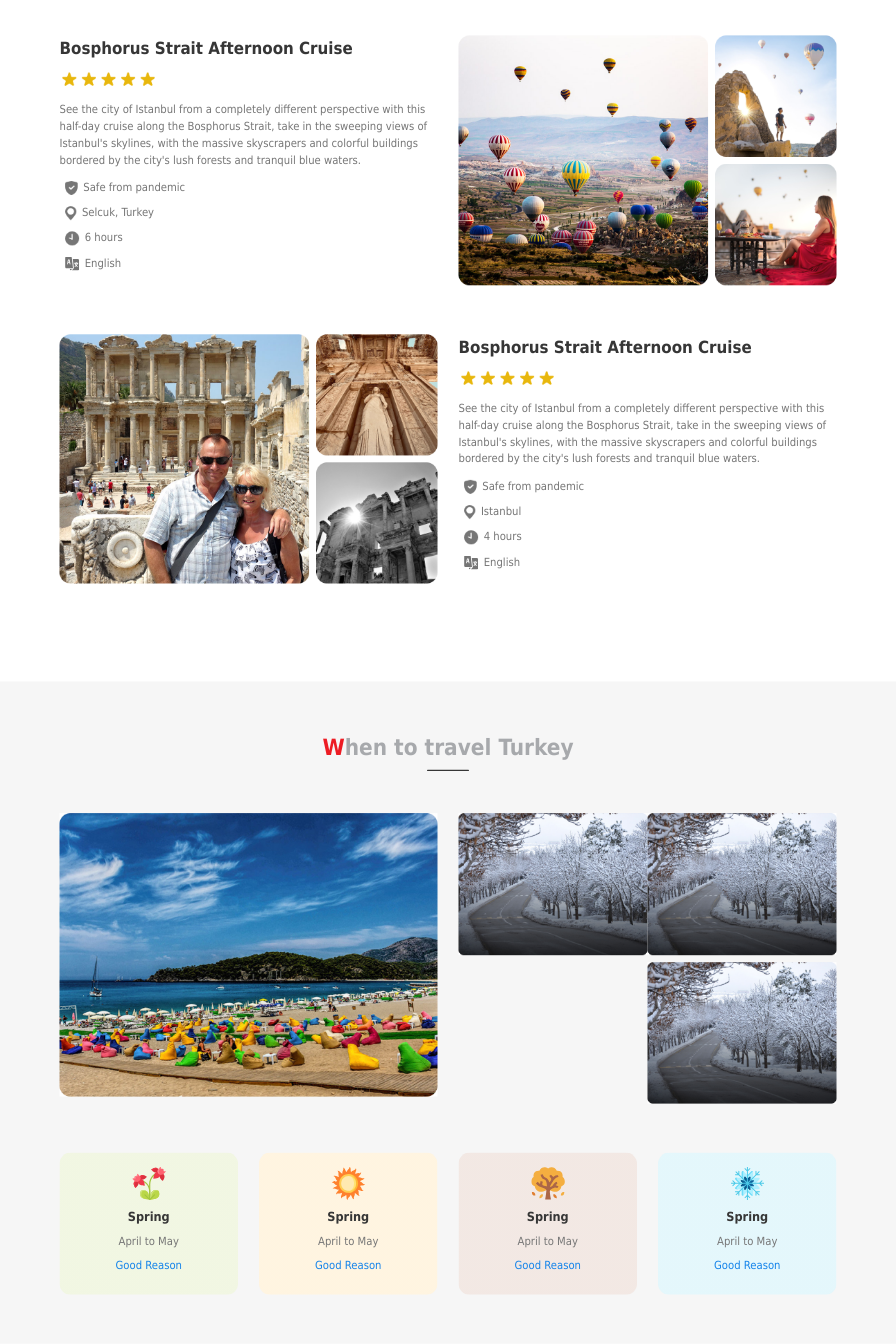
Repository: cvminhquan/turkey
Page: index.html
An editor plug-in stored every save of this project. The page is shown before and after the next save, followed by the edit.
The browser window is 1280 px wide. The pictures show the part of the page from y = 1891 to 3811 px (the page is 3811 px tall), at 70% of full size.
The style sheet was rebuilt from its Sass, Less or Tailwind sources for each picture, by a compiler version that may differ from the author's.

Above is the page before, as saved 2022-09-15 20:22:55.

After the next save:
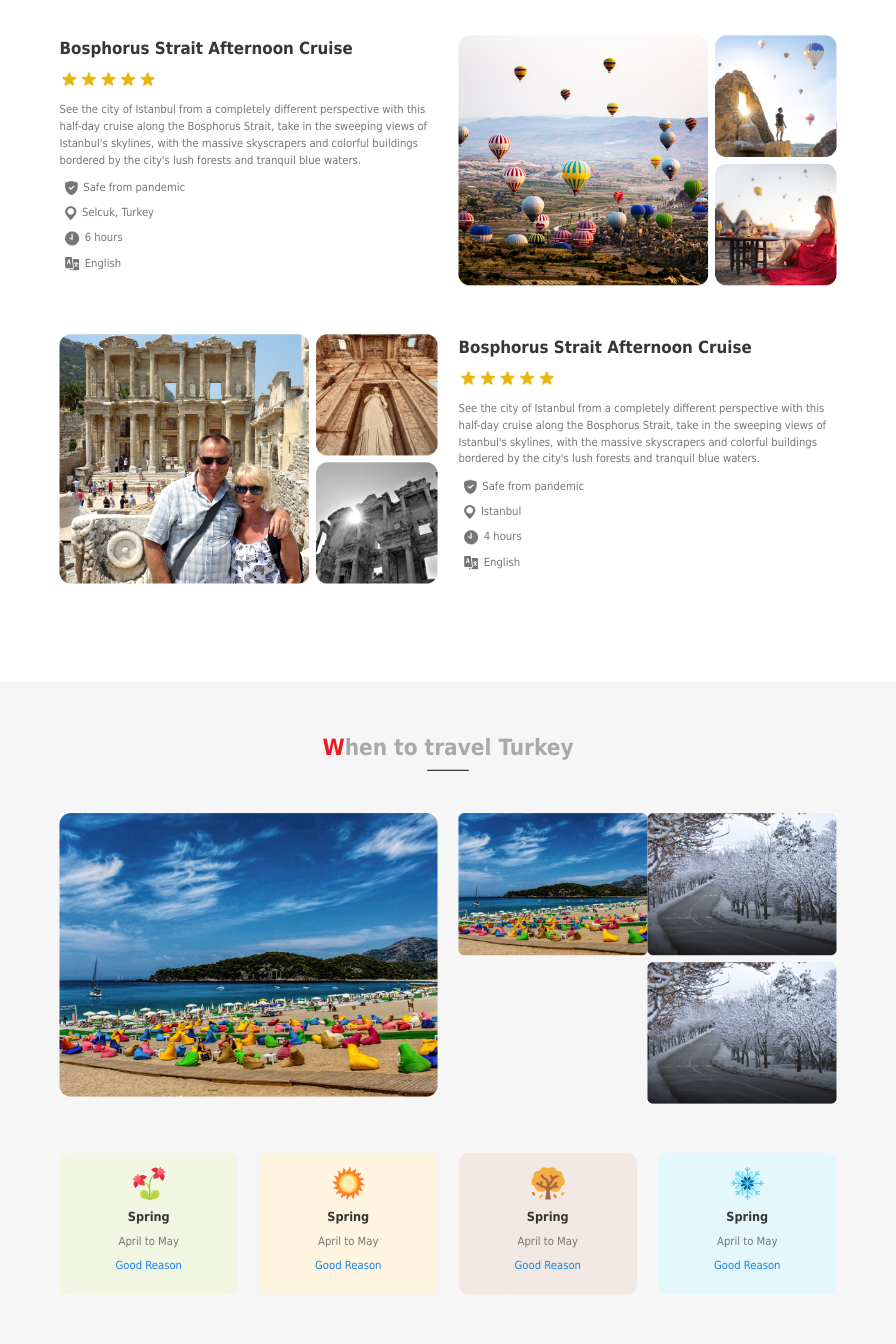
Saved 23 s later.
--- a/index.html
+++ b/index.html
@@ -155,7 +155,7 @@
                     </div>
                     <div class="col-lg-6 d-flex">
                         <div>
-                            <p class="bdr"><img src="./images/road.jpg" alt=""></p>
+                            <p class="bdr"><img src="./images/sea.jpg" alt=""></p>
                         </div>
                         <div>
                             <p class="bdr"><img src="./images/road.jpg" alt=""></p>
